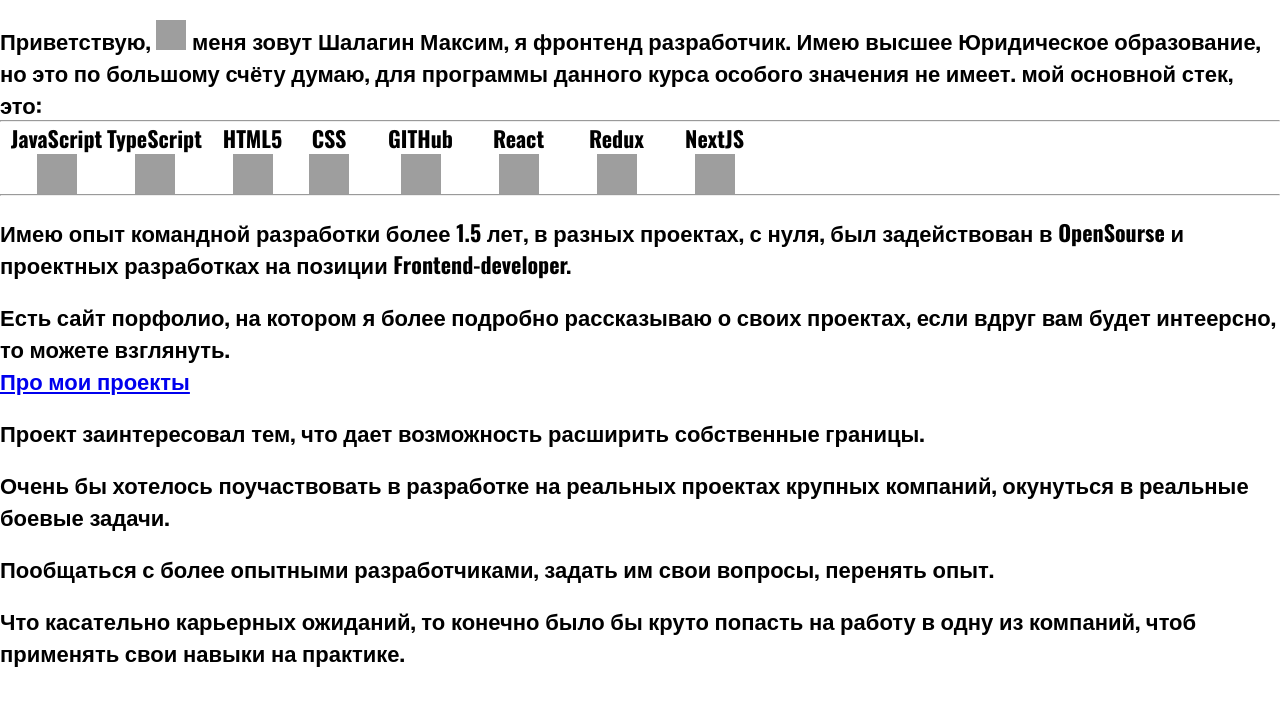
Repository: ni4egonepridumal/letter
Page: index.html
These files come from the project's save history. The page is drawn as it stood at one moment and after the next save; the edit follows.
The browser window is 1280 px wide. The pictures show the whole page.
Pictures or frames that could not be fetched are drawn as grey boxes.

Above is the page before, as saved 2024-01-18 17:38:18.

After the next save:
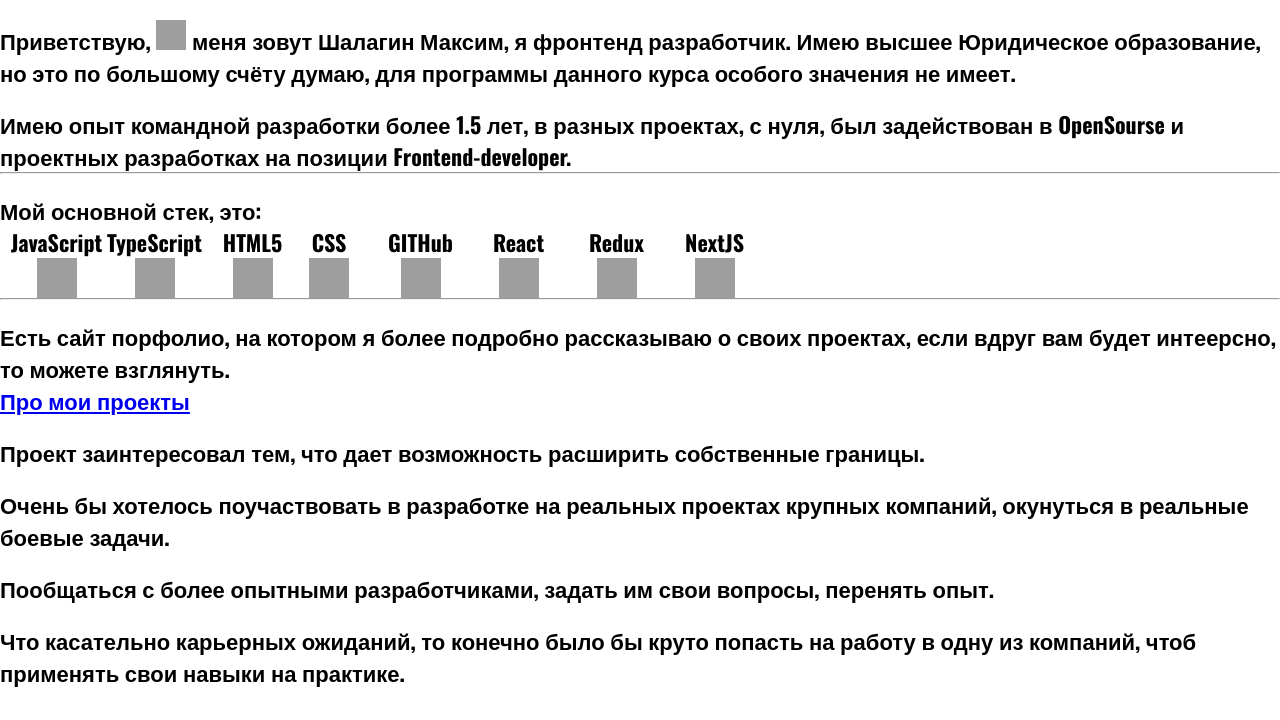
Saved 80 s later.
--- a/index.html
+++ b/index.html
@@ -25,9 +25,16 @@
           /> </span
         >меня зовут Шалагин Максим, я фронтенд разработчик. Имею высшее
         Юридическое образование, но это по большому счёту думаю, для программы
-        данного курса особого значения не имеет. мой основной стек, это:
+        данного курса особого значения не имеет.
       </p>
+      <p>
+        Имею опыт командной разработки более 1.5 лет, в разных проектах, с нуля,
+        был задействован в OpenSourse и проектных разработках на позиции
+        Frontend-developer.
+      </p>
+
       <hr />
+      <p>Мой основной стек, это:</p>
       <div class="myScills">
         <div class="img">
           <label>JavaScript</label
@@ -105,11 +112,6 @@
       <hr />
 
       <p>
-        Имею опыт командной разработки более 1.5 лет, в разных проектах, с нуля,
-        был задействован в OpenSourse и проектных разработках на позиции
-        Frontend-developer.
-      </p>
-      <p>
         Есть сайт порфолио, на котором я более подробно рассказываю о своих
         проектах, если вдруг вам будет интеерсно, то можете взглянуть.
       </p>
